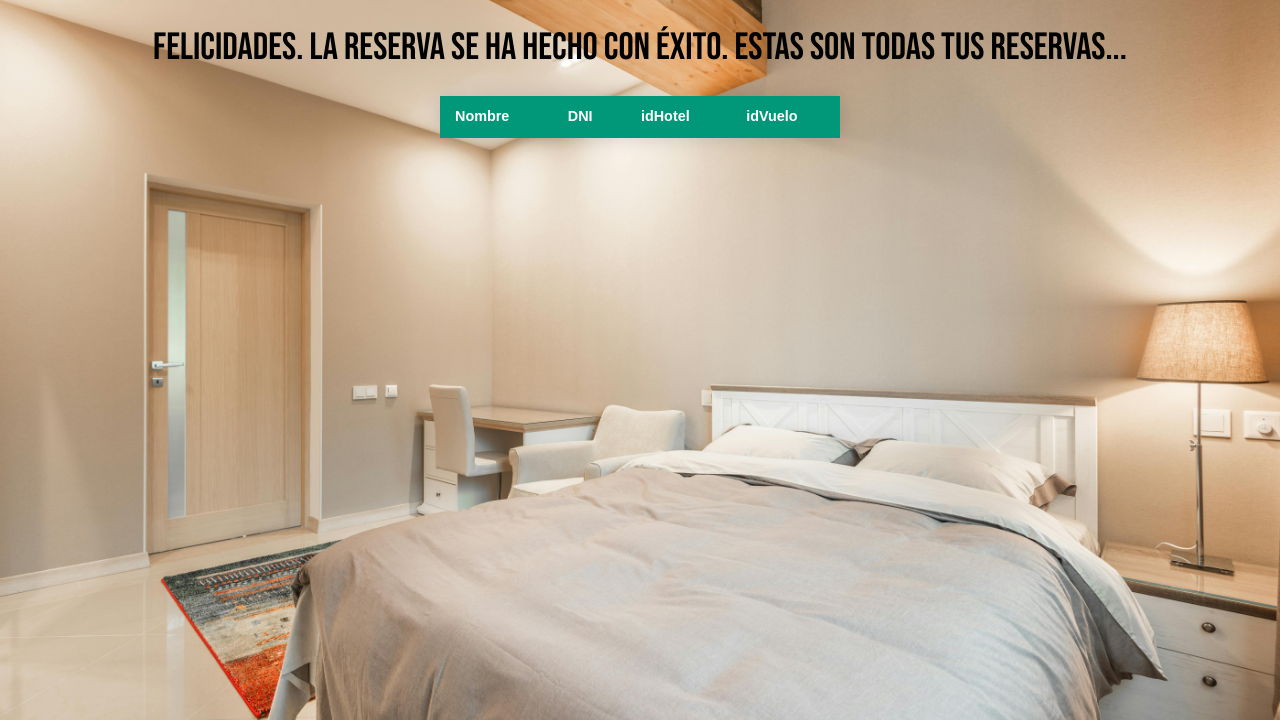
Repository: craschelf/GestionDeViajes-Microservicios
Page: http://localhost/listaReservas
An editor plug-in stored every save of this project. The page is shown before and after the next save, followed by the edit.
The browser window is 1280 px wide. The pictures show the whole page.
The page is this project's Thymeleaf template; nobody is signed in. The template is opened directly, without the code that normally fills it, so the values that code supplies are empty.

Above is the page before, as saved 2024-06-06 10:56:24.

### FrontProyectoFinal/src/main/resources/templates/listaReservas.html
<!DOCTYPE html>
<html lang="es">
<head>
    <meta charset="UTF-8">
    <meta name="viewport" content="width=device-width, initial-scale=1.0">
    <title>Hoteles</title>
    <link rel="stylesheet" href="/css/hoteles.css">
    <link rel="preconnect" href="https://fonts.googleapis.com">
    <link rel="preconnect" href="https://fonts.gstatic.com" crossorigin>
    <link href="https://fonts.googleapis.com/css2?family=Oswald:wght@200..700&display=swap" rel="stylesheet">
    <link href="https://fonts.googleapis.com/css2?family=Bebas+Neue&display=swap" rel="stylesheet">
</head>
<body>
    <h1>Felicidades. La reserva se ha hecho con éxito. Estas son todas tus reservas...</h1>

    <table class="tablaConHoteles">
        <thead>
            <tr>
                <th>Nombre</th>
                <th>DNI</th>
                <th>idHotel</th>
                <th>idVuelo</th>
            </tr>
        </thead>
        <tbody id="hotelTableBody">
            <tr th:each="reserva : ${reservas}" class="hotel">
                <td th:text="${reserva.nombre}"></td>
                <td th:text="${reserva.dni}"></td>
                <td th:text="${reserva.idHotel} + '€'"></td>
                <td th:text="${reserva.idVuelo}"></td>
            </tr>
        </tbody>
    </table>
</body>
</html>

### FrontProyectoFinal/src/main/resources/static/css/hoteles.css
h1 {
    text-align: center;
    font-family: "Bebas Neue", sans-serif;
    font-weight: 400;
    font-size: 38px;
    font-style: normal;
}
body {
    background-color: #f5f5f5;
    background-image: url('/fondo_hoteles.jpg');
    background-size: cover;
    background-position: center;
    background-attachment: fixed;
    font-family: 'Oswald', sans-serif;
}

.search-container {
    text-align: center;
    margin-bottom: 20px;
}

.search-container input[type="text"] {
    width: 200px;
    padding: 10px;
    margin-right: 10px;
    border: 1px solid #ccc;
    border-radius: 4px;
}

.search-container button {
    padding: 10px 15px;
    background-color: #009879;
    color: white;
    border: none;
    border-radius: 4px;
    cursor: pointer;
}

.search-container button:hover {
    background-color: #007b63;
}

.search-container button:hover {
    background-color: #007b63;
}

.tablaConHoteles {
    border-collapse: collapse;
    margin: auto;
    font-size: 0.9em;
    font-family: sans-serif;
    min-width: 400px;
    box-shadow: 0 0 20px rgba(0, 0, 0, 0.15);
    background-color: rgb(255, 255, 255);
}

.tablaConHoteles thead tr {
    background-color: #009879;
    color: #ffffff;
    text-align: left;
}

.tablaConHoteles th,
.tablaConHoteles td {
    padding: 12px 15px;
}

.tablaConHoteles tbody tr {
    border-bottom: 1px solid #dddddd;
}

.tablaConHoteles tbody tr:nth-of-type(even) {
    background-color: #f3f3f3;
}

.tablaConHoteles tr:last-of-type {
    border-bottom: 2px solid #009879;
}

.tablaConHoteles tbody tr.active-row {
    font-weight: bold;
    color: #009879;
}

After the next save:
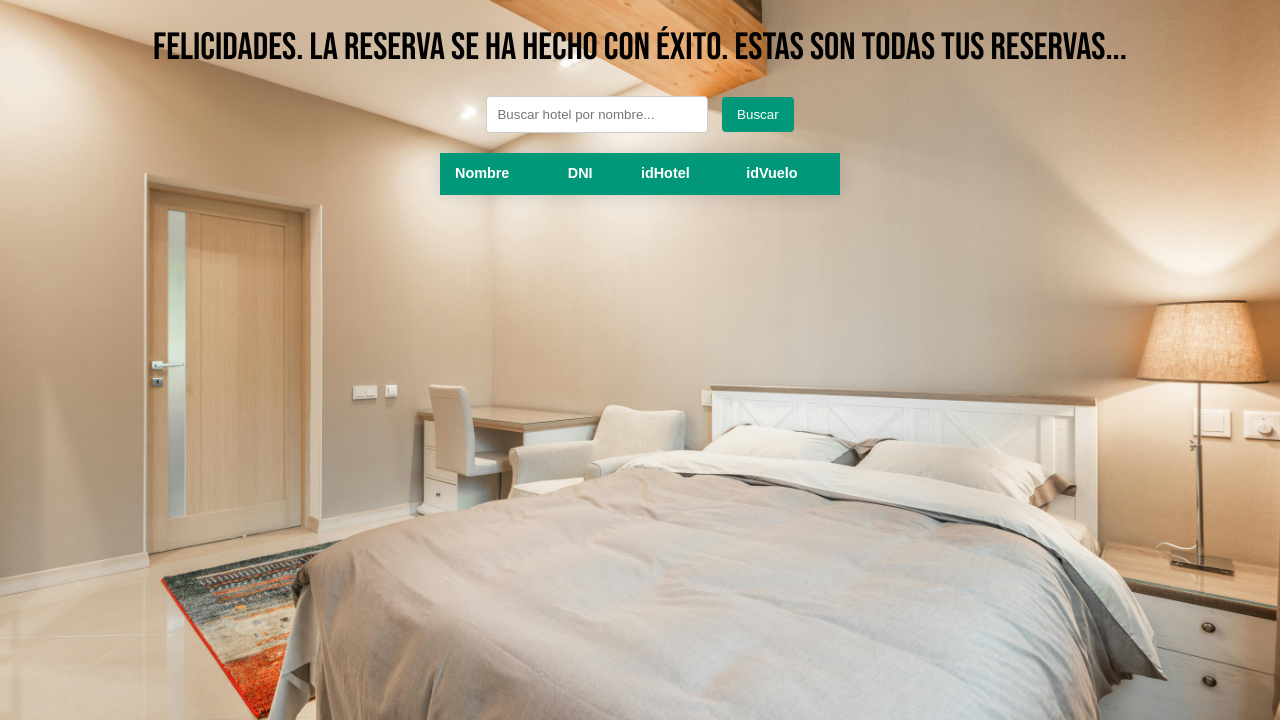
Saved 20 min 52 s later.
--- a/FrontProyectoFinal/src/main/resources/templates/listaReservas.html
+++ b/FrontProyectoFinal/src/main/resources/templates/listaReservas.html
@@ -12,7 +12,10 @@
 </head>
 <body>
     <h1>Felicidades. La reserva se ha hecho con éxito. Estas son todas tus reservas...</h1>
-
+	<form action="/hoteles/buscar" method="get" class="search-container">
+	    <input type="text" id="nombre" name="nombre" placeholder="Buscar hotel por nombre..."/>
+	    <button type="submit">Buscar</button>
+	</form>
     <table class="tablaConHoteles">
         <thead>
             <tr>
